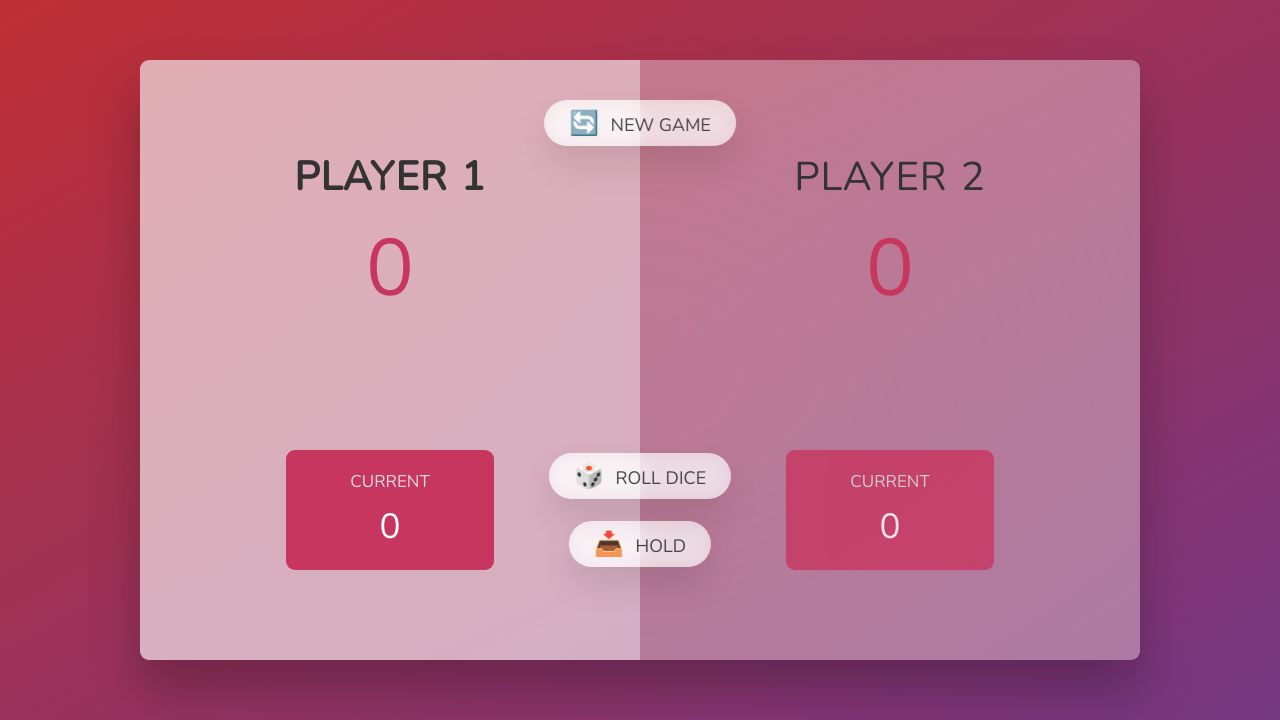
Repository: mjcanon4/Dice-Black-Jack
Page: index.html
The author's editor kept a copy of each file at every save. The page is drawn from the files as they stood at one save, then again after the next save.
The browser window is 1280 px wide. The pictures show the whole page.

Above is the page before, as saved 2021-02-09 23:55:21.

After the next save:
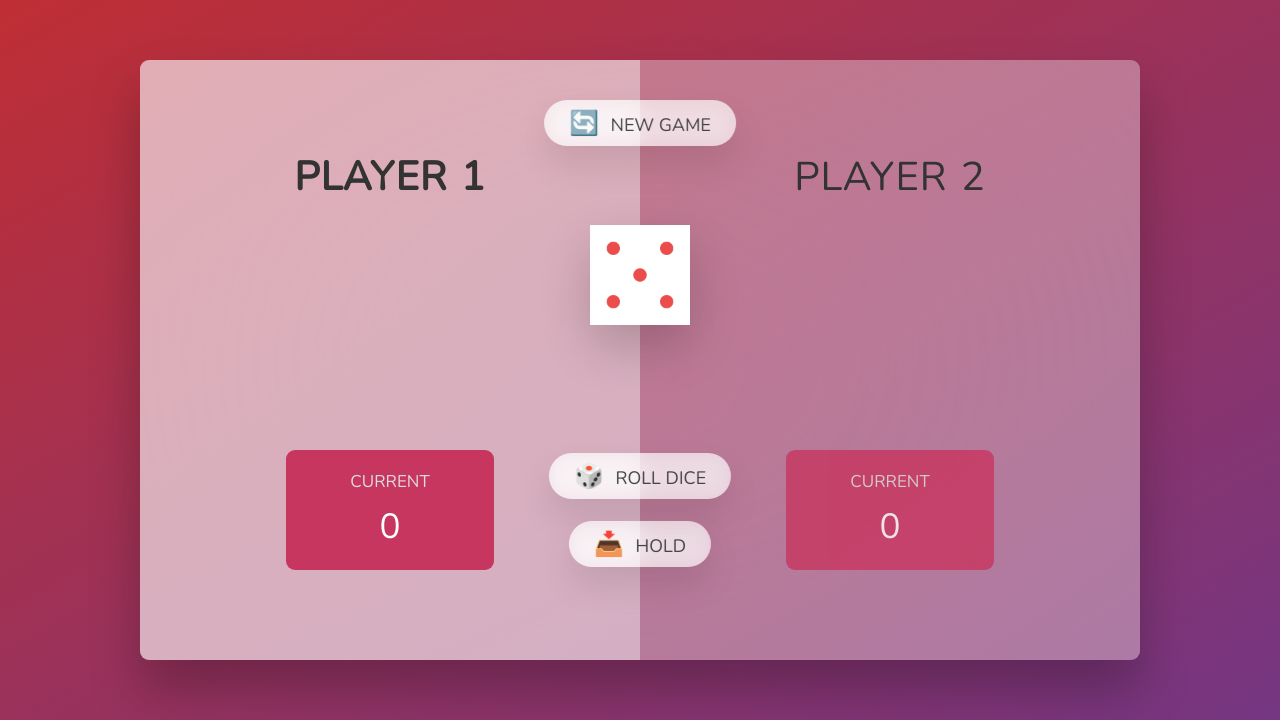
Console error: SyntaxError: Unexpected end of input
Saved 4 min 50 s later.
--- a/script.js
+++ b/script.js
@@ -43,3 +43,30 @@
     player1El.classList.toggle("player--active");
   }
 });
+
+btnHold.addEventListener('click', function () {
+    if (playing) {
+      // 1. Add current score to active player's score
+      scores[activePlayer] += currentScore;
+      // scores[1] = scores[1] + currentScore
+
+      document.getElementById(`score--${activePlayer}`).textContent =
+        scores[activePlayer];
+
+      // 2. Check if player's score is >= 100
+      if (scores[activePlayer] >= 100) {
+        // Finish the game
+        playing = false;
+        diceEl.classList.add('hidden');
+
+        document
+          .querySelector(`.player--${activePlayer}`)
+          .classList.add('player--winner');
+        document
+          .querySelector(`.player--${activePlayer}`)
+          .classList.remove('player--active');
+      } else {
+        // Switch to the next player
+        switchPlayer();
+      }
+    }

After the 3 saves that followed:
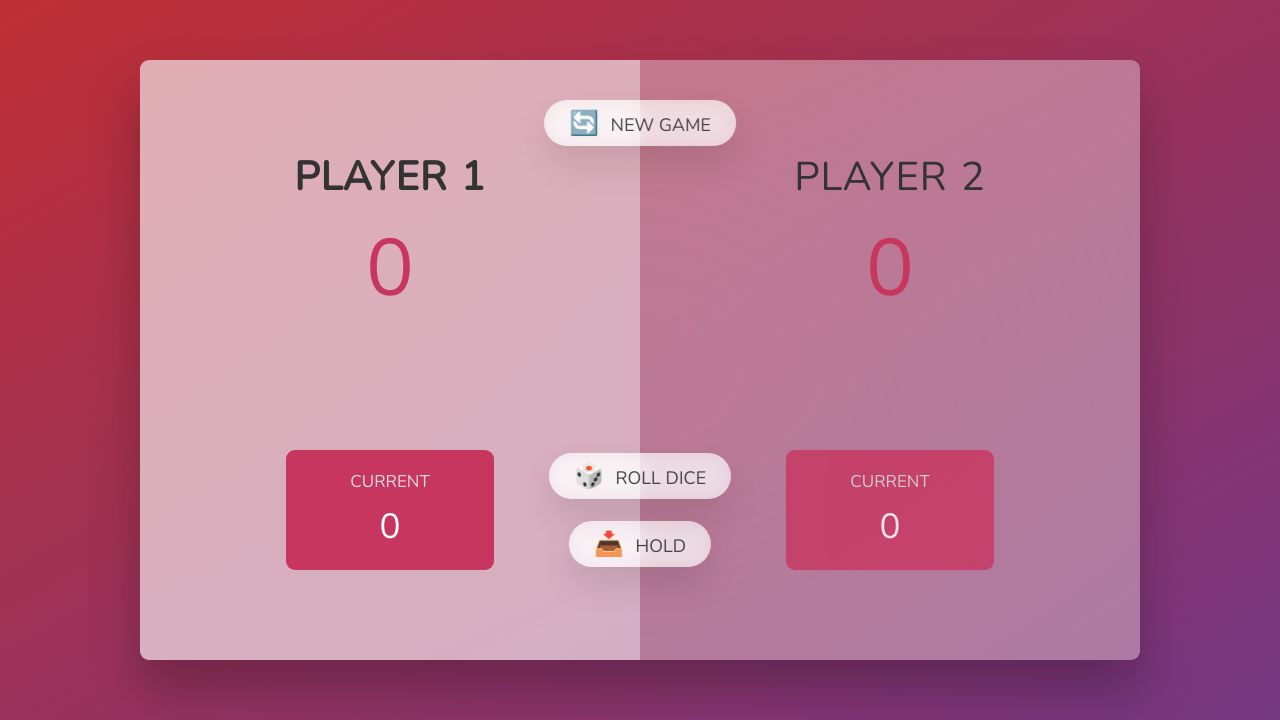
The error is gone.
The 3 saves are shown as one change because 2 left the picture as it was.
The last was saved 58 s later.
--- a/script.js
+++ b/script.js
@@ -44,29 +44,30 @@
   }
 });
 
-btnHold.addEventListener('click', function () {
-    if (playing) {
-      // 1. Add current score to active player's score
-      scores[activePlayer] += currentScore;
-      // scores[1] = scores[1] + currentScore
+btnHold.addEventListener("click", function () {
+  if (playing) {
+    // 1. Add current score to active player's score
+    scores[activePlayer] += currentScore;
+    // scores[1] = scores[1] + currentScore
 
-      document.getElementById(`score--${activePlayer}`).textContent =
-        scores[activePlayer];
+    document.getElementById(`score--${activePlayer}`).textContent =
+      scores[activePlayer];
 
-      // 2. Check if player's score is >= 100
-      if (scores[activePlayer] >= 100) {
-        // Finish the game
-        playing = false;
-        diceEl.classList.add('hidden');
+    // 2. Check if player's score is >= 100
+    if (scores[activePlayer] >= 100) {
+      // Finish the game
+      playing = false;
+      diceEl.classList.add("hidden");
 
-        document
-          .querySelector(`.player--${activePlayer}`)
-          .classList.add('player--winner');
-        document
-          .querySelector(`.player--${activePlayer}`)
-          .classList.remove('player--active');
-      } else {
-        // Switch to the next player
-        switchPlayer();
-      }
+      document
+        .querySelector(`.player--${activePlayer}`)
+        .classList.add("player--winner");
+      document
+        .querySelector(`.player--${activePlayer}`)
+        .classList.remove("player--active");
+    } else {
+      // Switch to the next player
+      switchPlayer();
     }
+  }
+});
